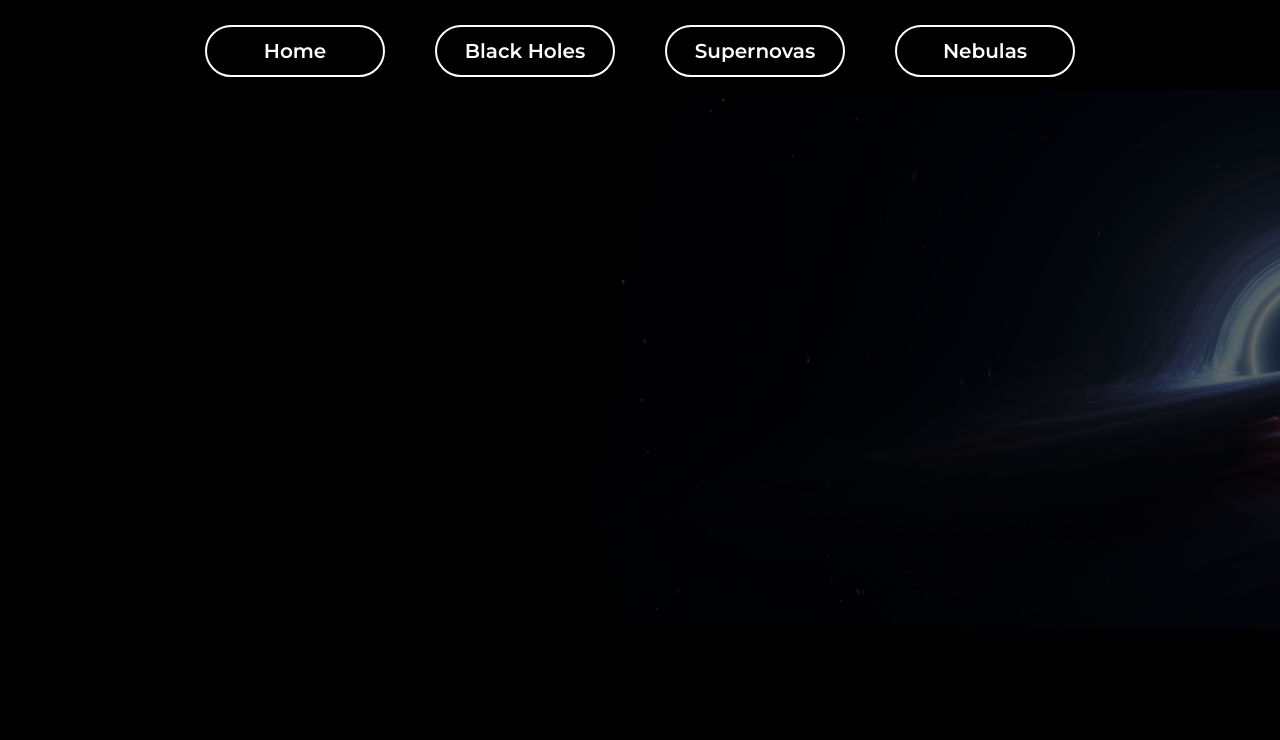
Repository: english-only/Space-Website
Page: black_hole.html
These files come from the project's save history. The page is drawn as it stood at one moment and after the next save; the edit follows.
The browser window is 1280 px wide. The pictures show the whole page.
Backgrounds fixed to the window are drawn as part of the page.

Above is the page before, as saved 2024-12-16 00:00:37.

### black_hole.html
<!DOCTYPE html>
<html lang="en">
  <head>
    <meta charset="utf-8" />
    <meta http-equiv="X-UA-Compatible" content="IE=edge" />
    <title>Welcome to Space</title>
    <meta name="viewport" content="width=device-width, initial-scale=1" />
    <link rel="stylesheet" type="text/css" media="screen" href="main.css" />
  </head>
  <body>
    <div class="background-2 fade-in"></div>
    <div class="wrapper fade-in">
      <nav class="navbar fade-in">
        <a href="index.html"
          ><button class="nav-button fade-in">Home</button></a
        >
        <a href="black_hole.html"
          ><button class="nav-button fade-in">Black Holes</button></a
        >
        <a href="supernovas.html"
          ><button class="nav-button fade-in">Supernovas</button></a
        >
        <a href="nebulas.html"
          ><button class="nav-button fade-in">Nebulas</button></a
        >
      </nav>
  </body>
</html>

### main.css
@import url('https://fonts.googleapis.com/css2?family=Montserrat:ital,wght@0,100..900;1,100..900&display=swap');
@keyframes fadeIn {
  from {
    opacity: 0;
  }
  to {
    opacity: 1;
  }
}

/* Fade-in class to be used on elements */
.fade-in {
  opacity: 0; /* Start invisible */
  animation: fadeIn 1s ease-in forwards; /* Apply fade-in animation */
}
body,
html {
  /* Ensure the body and html take full height */
  height: 100%;
  margin: 0;
  font-family: 'Montserrat';
  font-weight: 400;
  color: white;
}

body {
  /* Set a fallback background color */
  background-color: black;
}

.background {
  background-attachment: fixed;
  background-image: url('essay-gettyimages-1237093074.webp');
  background-size: cover;
  background-position: center;
  background-repeat: no-repeat;
  position: fixed; /* Keep background fixed while scrolling */
  height: 100vh;
  width: 100%;
  filter: brightness(25%);
  top: 0;
  left: 0;
  z-index: -10;
}

.wrapper {
  display: flex;
  flex-direction: column;
  justify-content: flex-start; /* Align items to the top */
  align-items: center; /* Center items horizontally */
  height: 100vh;
  position: relative;
  padding-top: 20px;
  opacity: 0; /* Start invisible */
  animation: fadeIn 0.5s ease-in forwards; /* Apply fade-in animation */
}

.navbar {
  display: flex;
  gap: 50px;
  margin-top: 5px; /* Adjust as needed for spacing from the top */
}

.nav-button {
  padding: 12px 20px;
  border: 2px solid white;
  background-color: rgba(0, 0, 0, 0.5);
  color: white;
  font-size: 16px;
  cursor: pointer;
  transition: background-color 0.3s, color 0.3s;
  font-family: 'Red Hat Display';
  font-weight: 600;
  font-size: 20px;
  width: 180px;
  border-radius: 800px;
  font-family: Montserrat;
}

.nav-button:hover {
  background-color: white;
  color: black;
}

.hero-text {
  color: white;
  font-size: 50px;
  font-weight: 700;
  text-align: center;
  padding: 0; /* Remove padding to minimize hover area */
  display: inline-block; /* Restrict hover area to text content */
  transition: text-shadow 0.3s ease-in-out, transform 0.3s ease-in-out; /* Smooth transition */
}

.hero-text:hover {
  text-shadow: 2px 2px 5px rgba(255, 255, 255, 0.7); /* White shadow */
  transform: translateY(-5px); /* Raised effect */
}

@keyframes fadeInOut {
  0% {
    opacity: 0.5;
  }
  50% {
    opacity: 1;
  }
  100% {
    opacity: 0.5;
  }
}

.card-wrapper {
  display: flex;
  flex-direction: column; /* Stack cards vertically */
  align-items: center; /* Center cards horizontally */
  margin-top: 50px; /* Adjusts space from the top */
}

.row {
  display: flex;
  gap: 650px; /* Space between the cards */
  justify-content: center; /* Center the row */
  align-items: flex-start; /* Align cards to the top */
}

.black_hole {
  margin-left: -100px; /* Move the Black Holes card to the left */
  width: 500px;
}

.black_hole a {
  margin-left: 110px;
}

.cards {
  font-size: 25px;
  color: white;
  margin-left: 20px; /* Adds space to the left */
  box-sizing: border-box;
  position: relative;
  top: -450px; /* Moves the element upwards */
  margin-left: -20px;
  text-align: center;
}

.cards a {
  color: white;
  text-decoration: none;
  border: white 2px solid;
  display: inline-block;
  text-align: center;
  box-sizing: border-box;
  padding: 6px 20px;
  line-height: normal;
  transition: text-shadow 0.3s ease-in-out, transform 0.3s ease-in-out,
    background-color 0.3s ease-in-out, color 0.3s ease-in-out;
  border-radius: 600px;
}

.cards a:hover {
  text-shadow: 2px 2px 5px rgba(255, 255, 255, 0.7);
  transform: translateY(-5px);
  background-color: rgb(223, 223, 223);
  color: black;
}

.cards a h3 {
  margin: 0;
  padding: 0;
}

.cards p {
  margin-top: 15px;
  width: 600px; /* Adjust width to fit within card */
}

.cards p:hover {
  text-shadow: 2px 2px 5px rgba(255, 255, 255, 0.6);
  transform: translateY(-5px);
  transition: text-shadow 0.3s ease-in-out, transform 0.3s ease-in-out;
}

.nebula-card {
  margin-top: 100px;
}

.nebula-card a {
  justify-content: center;
  align-items: center;
  margin-left: 40px;
}

.nebula-card p {
  text-align: left;
  text-wrap: pretty;
  text-align: left; /* Align text to the left */
  width: 100%; /* Ensure the card takes the full width */
  margin-left: 100px;
  margin-right: 200px;
  max-width: 1750px;
  text-align: center; /* Align text to the center */
}

.videos {
  margin-top: -190px; /* Adjust the space below the Nebula card */
  text-align: center;
  width: 100%; /* Ensure it takes the full width */
  text-decoration: underline;
}

.videos h2 {
  position: relative; /* Ensure the text is positioned in normal flow */
  z-index: 1; /* Make sure it's above other content */
  pointer-events: auto; /* Allow text selection */
  overflow: visible; /* Ensure text is not clipped */
}

.video-links {
  display: grid;
  grid-template-columns: repeat(3, 400px); /* 3 columns, each 400px wide */
  grid-template-rows: repeat(2, 400px); /* 3 rows, each 400px tall */
  gap: 100px; /* Space between grid items */
  justify-content: center; /* Center the grid horizontally within the container */
  align-items: center; /* Center the grid items vertically */
  margin-top: -120px; /* Space above the grid (adjust this to decrease the gap) */
  margin-left: 160px;
}

.button-container {
  display: contents; /* Ensure buttons are placed directly in the grid */
}

.button-container a {
  display: block; /* Ensure buttons occupy full width of their grid cell */
  width: 200px; /* Full width of the grid cell */
  text-align: center;
  color: white;
  font-size: 20px;
  text-decoration: none; /* Remove underline */
  border: 2px solid white;
  padding: 8px 12px;
  border-radius: 600px;
  height: 30px;
  transition: background-color 0.3s, color 0.3s;
  margin-bottom: 10px; /* Decrease the space between the buttons and the text below */
}

.button-container a:hover {
  background-color: white;
  color: black;
  text-decoration: underline;
  font-weight: 500;
}

.images {
  display: contents; /* Ensure images are placed directly in the grid */
}

.black-hole-image,
.supernova-image,
.nebula-image {
  width: 100%; /* Full width of the grid cell */
  border: 2px solid white;
  border-radius: 20px;
  margin-top: -630px; /* Decrease the space between the images and the buttons above */
  margin-left: -10px;
}

.black-hole-image {
  width: 100%; /* Full width of the grid cell */
  border: 2px solid white;
  border-radius: 20px;
  margin-top: -630px; /* Decrease the space between the images and the buttons above */
  margin-left: -95px;
}

.supernova-image {
  width: 100%; /* Full width of the grid cell */
  border: 2px solid white;
  border-radius: 20px;
  margin-top: -630px; /* Decrease the space between the images and the buttons above */
  margin-left: -95px;
}

.nebula-image {
  height: 270px;
  width: auto;
  border: 2px solid white;
  border-radius: 20px;
  margin-top: -630px; /* Decrease the space between the images and the buttons above */
  margin-left: -125px;
}

/* page 2 from below */
.background-2 {
  background-attachment: fixed;
  background-image: url('thumb-1920-1346075.png');
  background-size: contain;
  background-position:600px;
  background-repeat: no-repeat;
  position: fixed; /* Keep background fixed while scrolling */
  height: 100vh;
  width: 100%;
  filter: brightness(40%);
  top: 0;
  left: 0;
  z-index: -10;
}

@keyframes fadeIn {
  from {
    opacity: 0;
  }
  to {
    opacity: 1;
  }
}

After the next save:
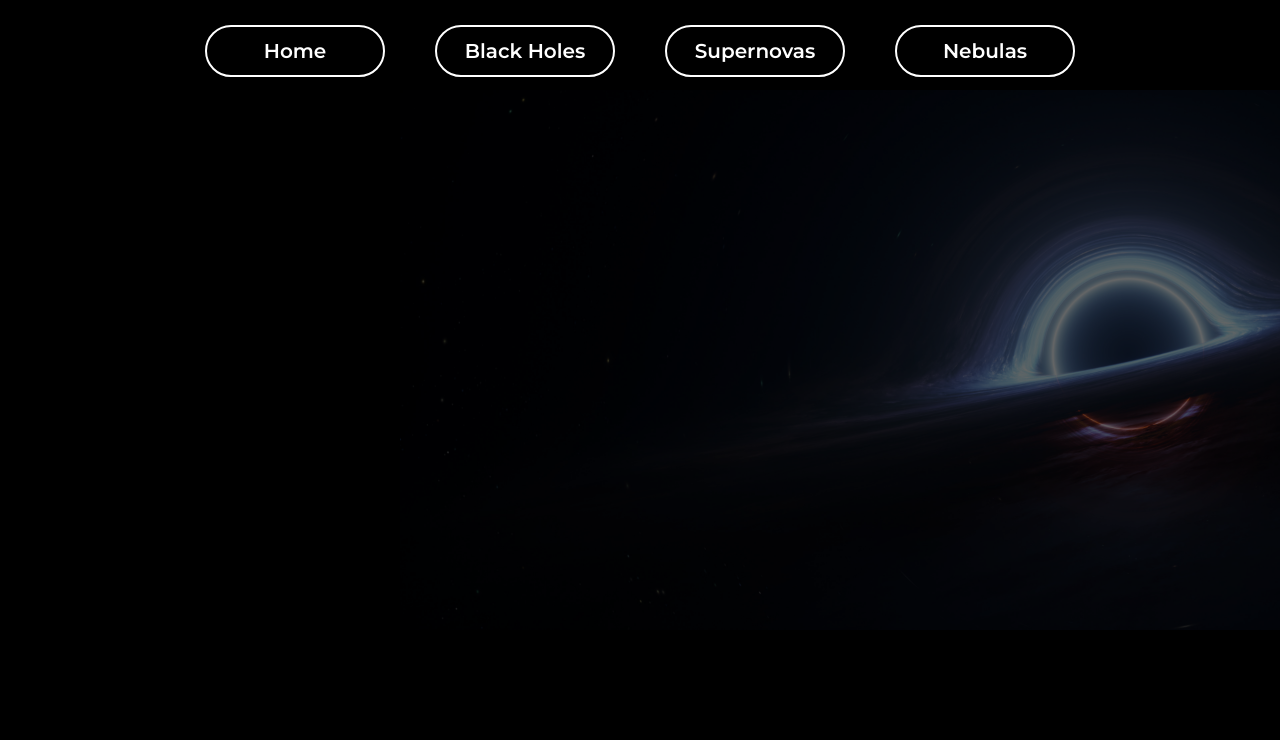
Saved 3 s later.
--- a/main.css
+++ b/main.css
@@ -296,7 +296,7 @@ body {
   background-attachment: fixed;
   background-image: url('thumb-1920-1346075.png');
   background-size: contain;
-  background-position:600px;
+  background-position:400px;
   background-repeat: no-repeat;
   position: fixed; /* Keep background fixed while scrolling */
   height: 100vh;
